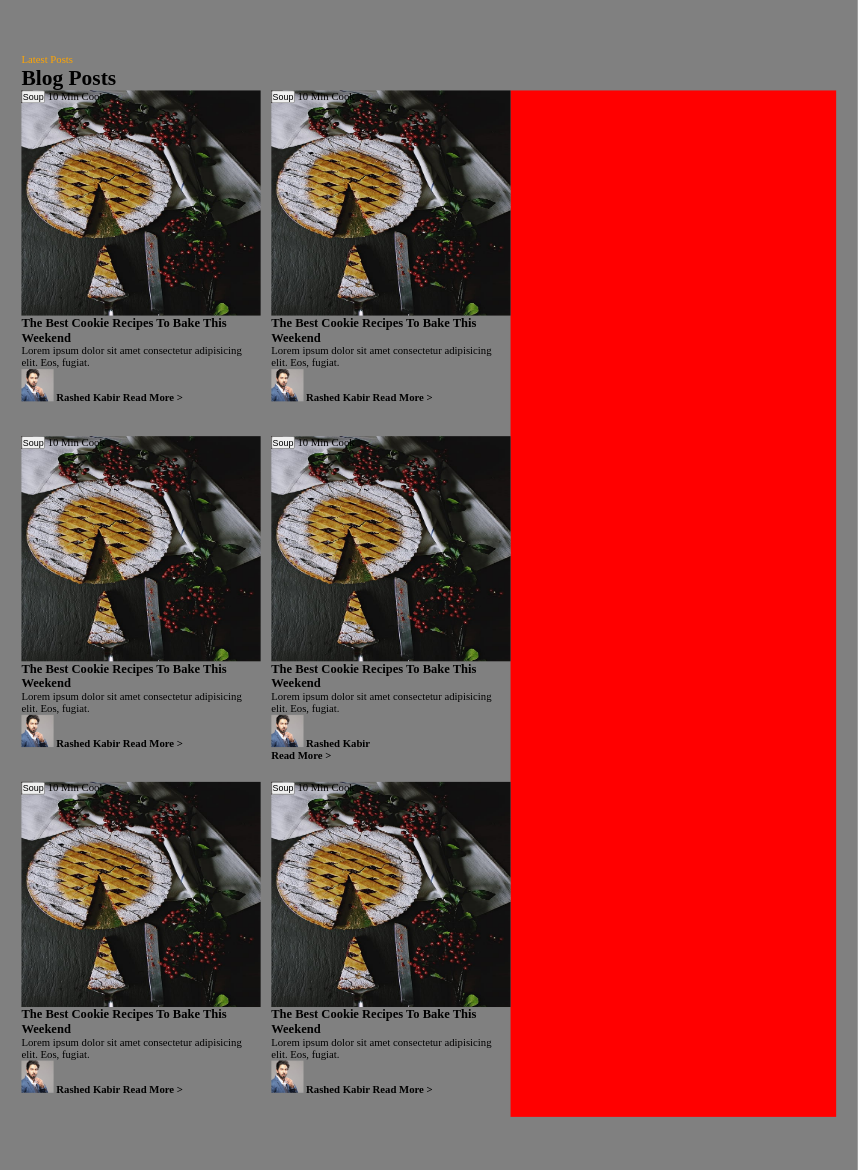
Repository: ngoctinvo/diner_project_cybersoft
Page: html/blog.html
The author's editor kept a copy of each file at every save. The page is drawn from the files as they stood at one save, then again after the next save.
The browser window is 1280 px wide. The pictures show the whole page, at 67% of full size.
The style sheet was rebuilt from its Sass, Less or Tailwind sources for each picture, by a compiler version that may differ from the author's.

Above is the page before, as saved 2022-04-19 00:08:30.

### html/blog.html
<!DOCTYPE html>
<html lang="en">

<head>
    <meta charset="UTF-8">
    <meta http-equiv="X-UA-Compatible" content="IE=edge">
    <meta name="viewport" content="width=device-width, initial-scale=1.0">
    <title>Document</title>
    <link rel="stylesheet" href="../css/blog.css">
</head>

<body>
    <header></header>
    <section class="blog">
        <div class="container">
            <div class="title">
                <p>Latest Posts</p>
                <h1>Blog Posts</h1>
            </div>
            <div class="row">
                <div class="left-posts">
                    <div class="list">
                        <div class="item">
                            <div class="img">
                                <img src="../img/blog/g4.jpg" alt="">
                                <div class="info-img">
                                    <button>Soup</button>
                                    <span><i class="fa fa-clock"></i> 10 Min Cook</span>
                                </div>

                            </div>
                            <div class="content">
                                <h3>The Best Cookie Recipes To Bake This Weekend</h3>
                                <p>Lorem ipsum dolor sit amet consectetur adipisicing elit. Eos, fugiat.</p>
                            </div>
                            <div class="author">
                                <a href="#">
                                    <img src="../img/blog/team1.jpg" alt="">
                                    <span>Rashed Kabir</span>
                                </a>
                                <a href="#">Read More ></a>
                            </div>
                        </div>
                        <div class="item">
                            <div class="img">
                                <img src="../img/blog/g4.jpg" alt="">
                                <div class="info-img">
                                    <button>Soup</button>
                                    <span><i class="fa fa-clock"></i> 10 Min Cook</span>
                                </div>

                            </div>
                            <div class="content">
                                <h3>The Best Cookie Recipes To Bake This Weekend</h3>
                                <p>Lorem ipsum dolor sit amet consectetur adipisicing elit. Eos, fugiat.</p>
                            </div>
                            <div class="author">
                                <a href="#">
                                    <img src="../img/blog/team1.jpg" alt="">
                                    <span>Rashed Kabir</span>
                                </a>
                                <a href="#">Read More ></a>
                            </div>
                        </div>
                        <div class="item">
                            <div class="img">
                                <img src="../img/blog/g4.jpg" alt="">
                                <div class="info-img">
                                    <button>Soup</button>
                                    <span><i class="fa fa-clock"></i> 10 Min Cook</span>
                                </div>

                            </div>
                            <div class="content">
                                <h3>The Best Cookie Recipes To Bake This Weekend</h3>
                                <p>Lorem ipsum dolor sit amet consectetur adipisicing elit. Eos, fugiat.</p>
                            </div>
                            <div class="author">
                                <a href="#">
                                    <img src="../img/blog/team1.jpg" alt="">
                                    <span>Rashed Kabir</span>
                                </a>
                                <a href="#">Read More ></a>
                            </div>
                        </div>
                        <div class="item">
                            <div class="img">
                                <img src="../img/blog/g4.jpg" alt="">
                                <div class="info-img">
                                    <button>Soup</button>
                                    <span><i class="fa fa-clock"></i> 10 Min Cook</span>
                                </div>

                            </div>
                            <div class="content">
                                <h3>The Best Cookie Recipes To Bake This Weekend</h3>
                                <p>Lorem ipsum dolor sit amet consectetur adipisicing elit. Eos, fugiat.</p>
                            </div>
                            <div class="author">
                                <div class="author-info">
                                    <a href="#">
                                        <img src="../img/blog/team1.jpg" alt="">
                                        <span>Rashed Kabir</span>
                                    </a>
                                </div>

                                <a href="#">Read More ></a>
                            </div>
                        </div>
                        <div class="item">
                            <div class="img">
                                <img src="../img/blog/g4.jpg" alt="">
                                <div class="info-img">
                                    <button>Soup</button>
                                    <span><i class="fa fa-clock"></i> 10 Min Cook</span>
                                </div>

                            </div>
                            <div class="content">
                                <h3>The Best Cookie Recipes To Bake This Weekend</h3>
                                <p>Lorem ipsum dolor sit amet consectetur adipisicing elit. Eos, fugiat.</p>
                            </div>
                            <div class="author">
                                <a href="#">
                                    <img src="../img/blog/team1.jpg" alt="">
                                    <span>Rashed Kabir</span>
                                </a>
                                <a href="#">Read More ></a>
                            </div>
                        </div>
                        <div class="item">
                            <div class="img">
                                <img src="../img/blog/g4.jpg" alt="">
                                <div class="info-img">
                                    <button>Soup</button>
                                    <span><i class="fa fa-clock"></i> 10 Min Cook</span>
                                </div>

                            </div>
                            <div class="content">
                                <h3>The Best Cookie Recipes To Bake This Weekend</h3>
                                <p>Lorem ipsum dolor sit amet consectetur adipisicing elit. Eos, fugiat.</p>
                            </div>
                            <div class="author">
                                <a href="#">
                                    <img src="../img/blog/team1.jpg" alt="">
                                    <span>Rashed Kabir</span>
                                </a>
                                <a href="#">Read More ></a>
                            </div>
                        </div>
                    </div>
                    <div class="control-btn"></div>
                </div>
                <div class="right-posts">
                    <!-- <div class="right-container">
                        <div class="item latest-recipes">
                            <h2>Lastest recipes</h2>
                            <div class="list">
                                <div class="item">
                                    <img src="../img/blog/banner1.jpg">
                                    <span>How to make capuccino</span>
                                </div>
                                <div class="item">
                                    <img src="../img/blog/banner1.jpg">
                                    <span>How to make capuccino</span>
                                </div>
                                <div class="item">
                                    <img src="../img/blog/banner1.jpg">
                                    <span>How to make capuccino</span>
                                </div>
                                <div class="item">
                                    <img src="../img/blog/banner1.jpg">
                                    <span>How to make capuccino</span>
                                </div>
                            </div>
                        </div>
                        <div class="item trending-posts">
                            <h3>Trending posts</h3>
                            <div class="list">
                                <div class="item">
                                    <img src="../img/blog/g3.jpg" alt="">
                                    <div class="info">
                                        <p>12 Curry Recipes You’ll Ever Need</p>
                                        <span>Feb 4, 2021</span>
                                    </div>
                                </div>
                            </div>
                        </div>
                        <div class="item categories">
                            <h3>Categories</h3>
                            <ul>
                                <li>
                                    <a href="#">Desserts</a>
                                </li>
                                <li>
                                    <a href="#">Cakes and Biscuits</a>
                                </li>
                                <li>
                                    <a href="#">Food recipes</a>
                                </li>

                            </ul>
                        </div>
                        <div class="item advertisement">
                            <h3>Advertisement</h3>
                            <img src="../img/blog/g1.jpg" alt="">
                        </div>
                    </div> -->



                </div>
            </div>
        </div>
        </div>
    </section>
    <footer></footer>
</body>

</html>

### sass/blog.scss
* {
    margin: 0;
    padding: 0;
    box-sizing: border-box;
}

.blog {
    color: black;
    .container {
        width: 100%;
        background-color: gray;
        padding: 5rem 2rem;
        .title {
            p {
                color: orange;
                font-size: 1rem;
            }
            h1 {
                font-size: 2rem;
            }
        }
        .row {
            display: flex;
            flex-direction: row;
            .left-posts {
                width: 60%;
                .list {
                    display: grid;
                    grid-template-columns: 1fr 1fr;
                    grid-template-rows: repeat(3, 500px);
                    gap: 1rem;
                    .item {
                        margin-bottom: 5rem;
                        .img {
                            position: relative;
                            height: 80%;
                            img {
                                width: 100%;
                                height: 100%;
                            }
                            .info-img {
                                position: absolute;
                                width: 100%;
                                height: 100%;
                                top: 0;
                                left: 0;
                            }
                        }
                        .author {
                            img {
                                width: 3rem;
                            }
                            a {
                                text-decoration: none;
                                color: black;
                                font-size: 1rem;
                                font-weight: 600;
                            }
                        }
                    }
                }
            }
            .right-posts {
                width: 40%;
                background-color: red;
            }
        }
    }
}

After the next save:
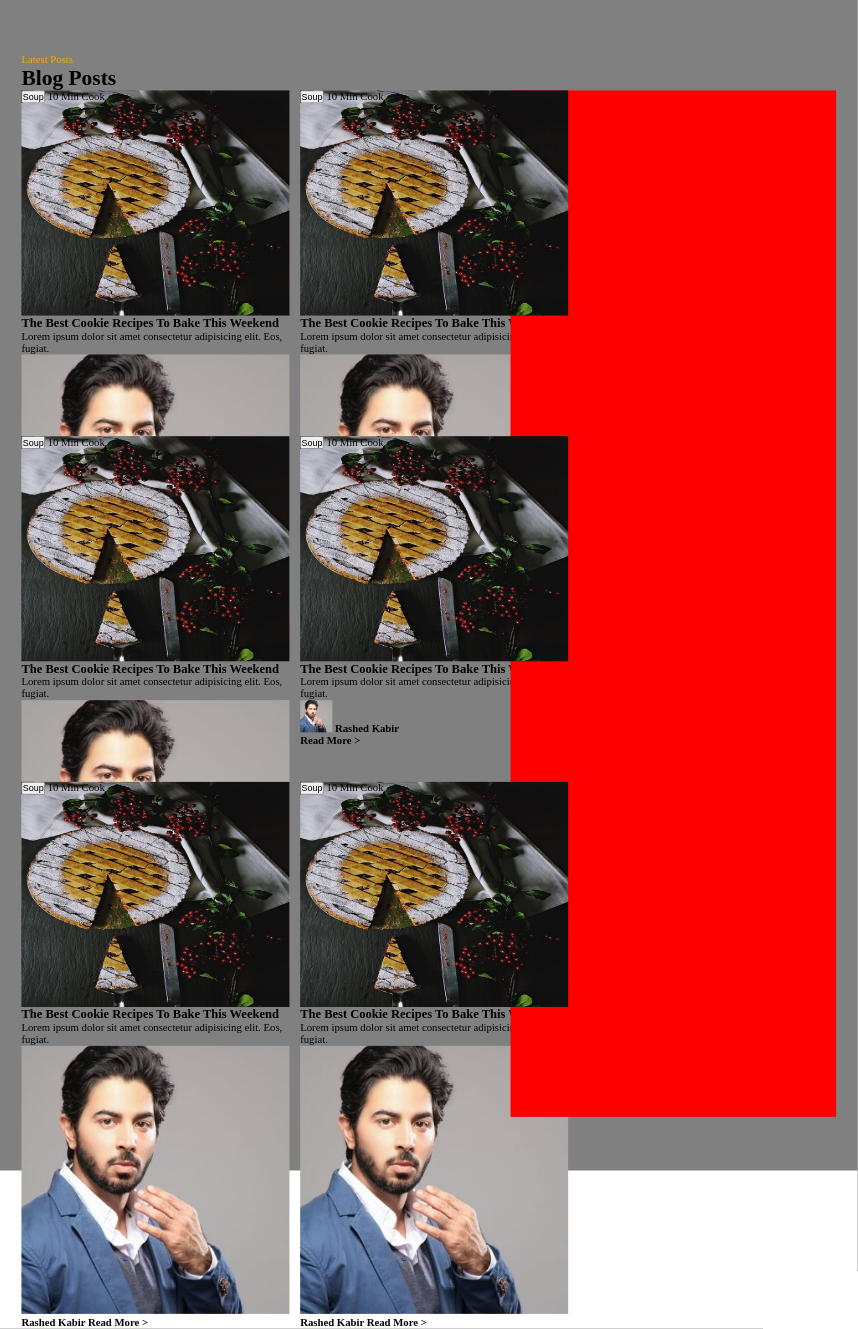
Saved 19 s later.
--- a/sass/blog.scss
+++ b/sass/blog.scss
@@ -47,8 +47,11 @@
                             }
                         }
                         .author {
-                            img {
-                                width: 3rem;
+                            .author-info {
+                                margin-right: 2rem;
+                                img {
+                                    width: 3rem;
+                                }
                             }
                             a {
                                 text-decoration: none;

After the save that followed:
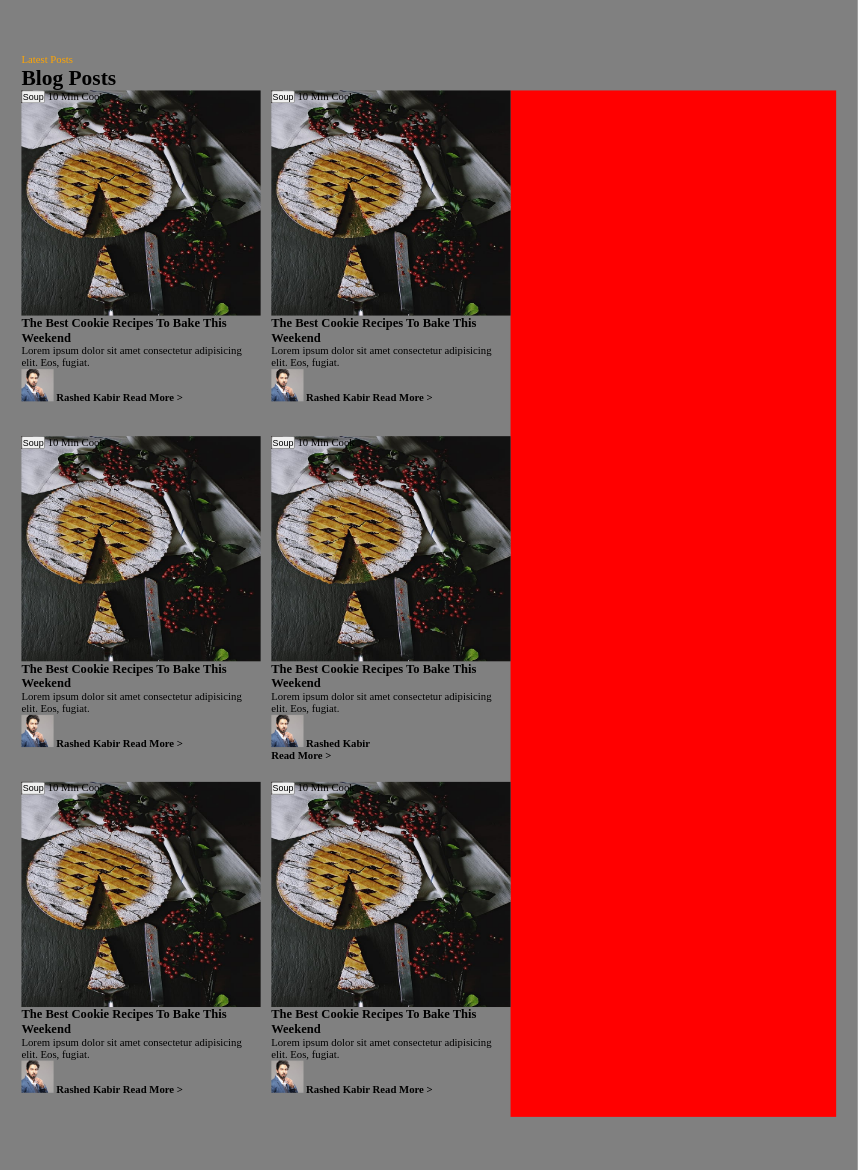
Saved 18 s later.
--- a/sass/blog.scss
+++ b/sass/blog.scss
@@ -47,11 +47,11 @@
                             }
                         }
                         .author {
+                            img {
+                                width: 3rem;
+                            }
                             .author-info {
                                 margin-right: 2rem;
-                                img {
-                                    width: 3rem;
-                                }
                             }
                             a {
                                 text-decoration: none;
